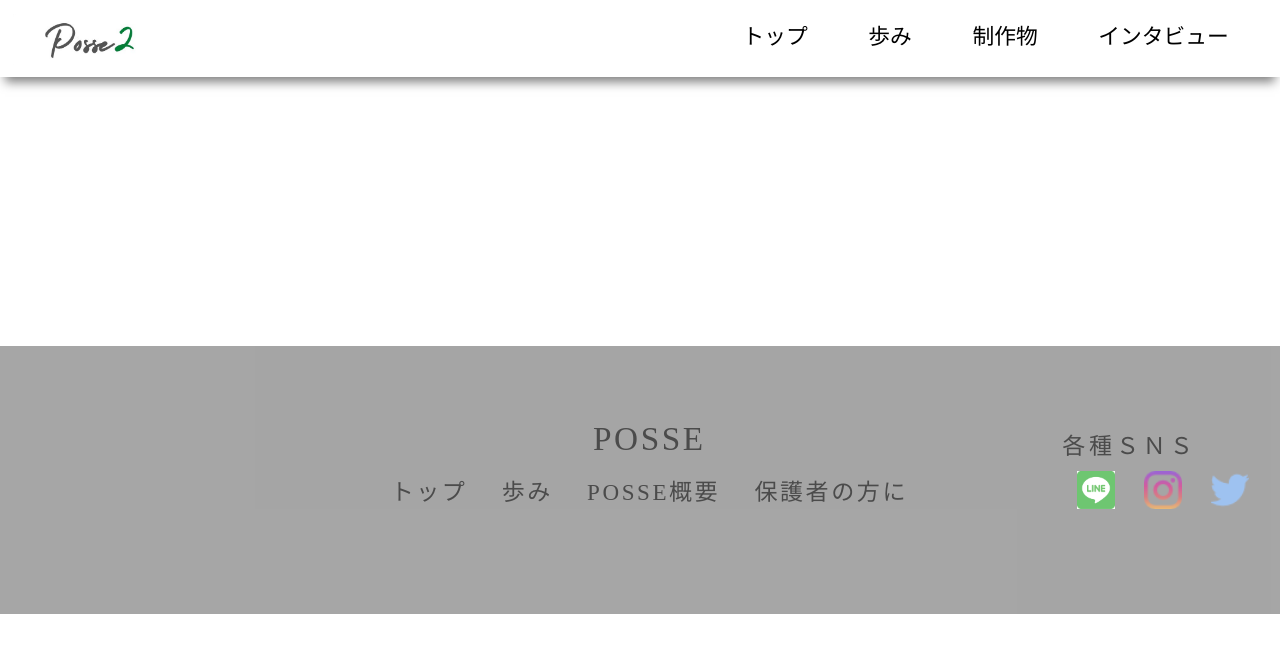
Repository: posse-ap/posse2-hackathon-202202-team2A
Page: topPage/index.html
These files come from the project's save history. The page is drawn as it stood at one moment and after the next save; the edit follows.
The browser window is 1280 px wide. The pictures show the whole page.

Above is the page before, as saved 2022-02-15 02:42:10.

### topPage/index.html
<!DOCTYPE html>
<html lang="en">

<head>
    <meta charset="UTF-8" />
    <meta http-equiv="X-UA-Compatible" content="IE=edge" />
    <meta name="viewport" content="width=device-width, initial-scale=1.0" />
    <title>Document</title>
    <link rel="stylesheet" href="/reset.css" />
    <link rel="stylesheet" href="/topPage/style.css" />
</head>

<body>
    <!-- <header id="header" class="header">
        <div class="header_content">
            <div class="header_title">
                <img src="/topPage images/S__31211608.jpg" alt="" class="header_title_img">
            </div>
            <div class="header_links">
                <ul>
                    <li><a href="">トップページ</a></li>
                    <li><a href="">活動記録</a></li>
                    <li><a href="">日常の記録</a></li>
                    <li><a href="">保護者の方へ</a></li>
                </ul>
            </div>
        </div>
    </header> -->

    <header id="header" class="header">
        <div class="header_content">
            <div class="header_title">
                <img src="/topPage images/S__31211608.jpg" alt="" class="header_title_img">
            </div>
            <!-- ①サイトタイトル -->
            <div class="nav-wrapper header_links">
                <!-- ②ナビゲーションメニュー -->
                <nav class="header-nav">
                    <ul class="nav-list">
                        <li class="nav-item">
                            <a href="">トップ</a>
                        </li>
                        <li class="nav-item">
                            <a href="">歩み</a>
                        </li>
                        <li class="nav-item">
                            <a href="">制作物</a>
                        </li>
                        <li class="nav-item">
                            <a href="">インタビュー</a>
                        </li>
                    </ul>
                </nav>
            </div>
            <button class="burger-btn">
                <!-- ③ハンバーガーボタン -->
                <span class="bar bar_top"></span>
                <span class="bar bar_mid"></span>
                <span class="bar bar_bottom"></span>
            </button>
        </div>
    </header>



    <footer class="footer">
        <div class='footer_box'>
            <div class="footer_box1">
                <div class='footer_official_box'>
                    <label for="logo"><p>POSSE</p></label>
                    <!-- <a id='logo'  href="https://posse.anti-pattern.co.jp/"><img class='posse_logo_footer' src="img\posseLogo.png" alt="ポッセロゴ"></a> -->
                </div>
                <div class='footer_other_box'>
                    <div class='footer_page_in_site'>
                        <a href="">トップ</a>
                        <a href="">歩み</a>
                        <a href="">POSSE概要</a>
                        <a href="">保護者の方に</a>
                    </div>
                </div>
            </div>
            <div class='SNS'>
                <p>各種ＳＮＳ</p>
                <div class='SNS_box'>
                    <a href=""><img src="/topPage images/LINE.png" alt=""></a>
                    <a href="https://instagram.com/posse_programming?utm_medium=copy_link"><img src="/topPage images/instagram2.png" alt="instagram"></a>
                    <a href="https://twitter.com/posse_program?s=20"><img src="/topPage images/twitter2.png" alt="twitter"></a>
                </div>
            </div>
        </div>
    </footer>

    <script src="https://ajax.googleapis.com/ajax/libs/jquery/3.6.0/jquery.min.js"></script>
    <script src="/topPage/script.js"></script>
</body>

</html>

### topPage/style.css
html {
    font-size: 1vw;
}

body {
    text-align: center;
    margin: 0 auto;
    font-family: "ヒラギノ丸ゴ Pro W4", "ヒラギノ丸ゴ Pro", "Hiragino Maru Gothic Pro", "ヒラギノ角ゴ Pro W3", "Hiragino Kaku Gothic Pro", "HG丸ｺﾞｼｯｸM-PRO", "HGMaruGothicMPRO";
}

.header_content {
    width: 95%;
    height: 90%;
    display: flex;
    justify-content: space-between;
    opacity: 1;
    margin: 0 6rem 0.3rem 1rem;
}

.header_title {
    display: flex;
}

.header_title_img {
    display: block;
    width: 12rem;
    height: 4rem;
    opacity: 1;
}



.header_links {
    width: 40%;
    padding: 1rem 0 0 0;
}

.header_links ul {
    display: flex;
    justify-content: space-between;
}

.header_links li a {
    display: block;
    color: black;
    text-decoration: none;
    font-size: 1.7rem;
}

.header_links li a:hover {
    opacity: 0.4;
    transform: translate(0, -5px);
}


.header {
    width: 100%;
    height: 6rem;
    background: white;
    position: fixed;
    top: 0;
    left: 0;
    padding-top: 1.1rem;
    box-sizing: border-box;
    z-index: 5;
    box-shadow: 0px 10px 10px -5px rgba(0, 0, 0, 0.5);
}

.SNS_box{
    width: 150%;
}


/* -------------------- */
/* header
  /* -------------------- */
/* .header {
    align-items: center;
    background-color: #1b1310;
    border-bottom: 1px solid #fff;
    color: #fff;
    display: flex;
    height: 74px;
    justify-content: space-between;
    padding: 0 120px;
} */

/* .nav-list {

    display: flex;
} */

/* .nav-item {

    margin-right: 55px;
} */

.burger-btn {
    display: none;
}

/* ------------------ */
/* fv
  /* ------------------ */
.fv {
    align-items: center;
    background-color: #141414;
    background-image: url(../img/fv-bgi@2x.jpg);
    background-position: center;
    background-size: cover;
    display: flex;
    flex-direction: column;
    height: 90vh;
    justify-content: center;
}

/* .main-copy {
    border: 2px solid #fff;
    color: #fff;
    font-size: 50px;
    font-weight: bold;
    padding: 34px 42px;
} */

/* ------------------ */
/* about
  /* ------------------ */
.section-title {
    font-size: 36px;
    font-weight: bold;
    letter-spacing: .05em;
    margin-bottom: 70px;
    text-align: center;
}

h3 {
    font-size: 2.4rem;
    font-weight: bold;
    letter-spacing: .1em;
    line-height: 2;
    margin-bottom: 40px;
}

.section-wrapper {
    padding: 100px 10% 50px;
}

@media screen and (min-width:541px) and (max-width:1024px) {
    .header{
        height: 10rem;
    }

    .header_content{
        padding-top: 2rem;
    }

    .header_title_img{
        width: 100%;
        height: 70%;
    }

    .header_links li a{
        font-size: 2.7rem;
        margin-top: 0;
    }

    .header_links{
        width: 50%;
    }
}

@media screen and (max-width:540px) {

    /* ----------------------- */
    /* base_sp
    /* ----------------------- */
    /* デフォルトのbuttonスタイルをリセット */
    button {
        -webkit-appearance: none;
        -moz-appearance: none;
        appearance: none;
        background: transparent;
        border: 0;
        border-radius: 0;
        color: inherit;
        cursor: pointer;
        font: inherit;
        margin: 0;
        outline: none;
        padding: 0;
        vertical-align: middle;
    }

    /* ------------------ */
    /* humberger-menu */
    /* ------------------ */
    .header {
        padding: 0;
        height: 15rem;
    }

    .header_title_img{
        margin-top: 2rem;
        width: 30rem;
        height: 10rem;
    }

    /* 以下、ハンバーガーボタン */
    .burger-btn {
        display: block;
        height: 22%;
        position: relative;
        width: 20%;
        z-index: 3;
        /* codepenの挙動のため */
        background-color: transparent;
        border: none;
        margin-top: 6rem;
    }



    .bar {
        background-color: black;
        display: block;
        height: 0.1rem;
        left: 50%;
        position: absolute;
        transform: translateX(-50%);
        width: 7rem;
    }

    .bar_top {
        top: 3rem;
    }

    .bar_mid {
        top: 50%;
        transform: translate(-50%, -50%);
    }

    .bar_bottom {
        bottom: 3rem;
    }

    .burger-btn.close{
        margin-top: 8.4rem;
    }

    .burger-btn.close .bar_top {
        transform: translate(-50%,-4.3rem) rotate(45deg);
        transition: transform .3s;
    }

    .burger-btn.close .bar_mid {
        opacity: 0;
        transition: opacity .3s;
    }

    .burger-btn.close .bar_bottom {
        transform: translate(-50%, -1rem) rotate(-45deg);
        transition: transform .3s;
    }

    /* スクロール制御 */
    .noscroll {
        overflow: hidden;
    }

    /* 以下、ハンバーガーメニュー */
    .nav-wrapper {
        visibility: hidden;
        height: 100vh;
        left: 0;
        position: fixed;
        top: 0;
        width: 100vw;
        opacity: 0;
        transition: opacity .5s;
        z-index: 2;
        /*キービジュアルと.btn_triggerとの重なりの前後関係を調整*/
    }

    .header-nav {
        background-color: white;
        height: 100%;
        width: 100%;
        z-index: 2;
    }

    .header_links ul{
        display: block;
    }

    .nav-list {
        display: block;
        left: 50%;
        position: absolute;
        text-align: center;
        top: 50%;
        transform: translate(-50%, -50%);
    }

    .nav-item {
        margin-bottom: 40px;
        margin-right: 0;
    }

    .header_links li a{
        font-size: 5rem;
    }

    /* メニューオープン時 */
    .nav-wrapper.fade {
        opacity: 1;
        visibility: visible;
    }

    /* ------------------ */
    /* fv */
    /* ------------------ */
    .main-copy {
        font-size: 30px;
    }

    /* ------------------ */
    /* about */
    /* ------------------ */
    h3 {
        font-size: 20px;
        margin-bottom: 30px;
    }

    .section-wrapper {
        padding: 100px 5% 50px;
    }
}

/* ふったー */
.footer {
    background-color: grey;
    opacity: 0.7;
}

.footer_box {
    width: 75%;
    height: 15rem;
    display: flex;
    justify-content: space-around;
    padding: 6rem 0 0 0;
    position: relative;
    right: -23%;
    margin-top: 27rem;
}

.footer_official_box label p {
    color: black;
    font-size: 2.6rem;
    letter-spacing: 0.2rem;
}

.footer_official_box label p:hover {
    opacity: 0.4;
    transform: translate(0, -5px);
}

.footer_page_in_site a {
    color: black;
    text-decoration: none;
    font-size: 1.8rem;
    letter-spacing: 0.2rem;
}

.footer_page_in_site a:hover {
    opacity: 0.4;
    transform: translate(0, -5px);
}

.SNS {
    width: 14%;
}

.SNS_box a {
    margin: 1rem;
}

.SNS_box a img {
    width: 3rem;
    height: 3rem;
}

.SNS_box a :hover {
    opacity: 0.4;
    transform: translate(0, -5px);
}

.SNS p {
    color: black;
    font-size: 1.8rem;
    margin: 1rem 0;
    letter-spacing: 0.3rem;
}

/* .SNS p:hover {
    opacity: 0.4;
    transform: translate(0, -5px);
} */

.posse_logo_footer {
    width: 80%;
    height: 40%;
}

.footer_other_box {
    font-size: 1.5rem;
    letter-spacing: 0.3rem;
    margin: 2rem;
}

.footer_page_in_site a {
    margin: 0 1rem;
}

@media screen and (min-width:541px) and (max-width:1024px) {
    .footer{
        height: 30rem;
    }

    .footer_official_box label p{
        font-size: 7rem;
    }

    .SNS p{
        display: block;
        margin: 3rem auto;
        font-size: 3rem;
        white-space: nowrap
    }

    .footer_page_in_site a{
        font-size: 3rem;
    }

    .footer_box{
        display: block;
        right: -13%;
    }

    .SNS{
        margin: 0 auto;
        width: 100%;
    }


    .footer_official_box label p{
        font-size: 4rem;
    }

    .SNS_box a img {
        width: 5rem;
        height: 5rem;
    }
}


@media screen and (max-width:540px) {
    .footer_box {
        display: block;
        height: 20rem;
        margin:  20rem 0;
        right: -5%;
        width: 90%;
    }

    .footer_official_box label p{
        font-size: 10rem;
    }

    .footer_page_in_site a{
        font-size: 5rem;
        display: block;
    }

    .footer_page_in_site{
        display: block;
        line-height: 7rem;
    }

    .footer{
        height: 70rem;
    }

    .SNS{
        margin: 0 auto;
        width: 100%;
    }

    .SNS p{
        display: block;
        width: 50rem;
        margin: 3rem auto;
        font-size: 7rem;
        white-space: nowrap
    }

    .SNS_box a img {
        width: 7rem;
        height: 7rem;
    }
}

### topPage/script.js
$('.burger-btn').on('click', function () {//.btn_triggerをクリックすると
    $('.burger-btn').toggleClass('close');//.btn_triggerにcloseクラスを付与(ボタンのアニメーション)
    $('.nav-wrapper').toggleClass('fade');//.nav-wrapperに
    $('body').toggleClass('noscroll');//bodyにnoscrollクラスを付与(スクロールを固定)
});

Loaded but not shown: reset.css (common file)

After the next save:
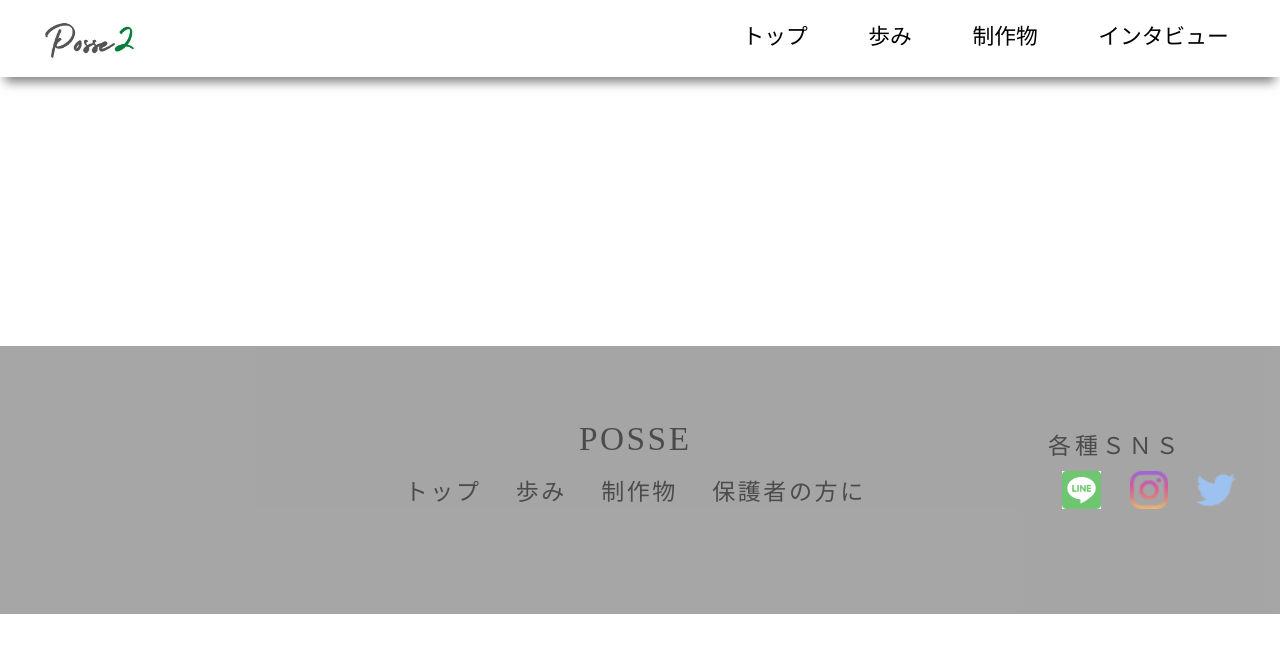
Saved 6 s later.
--- a/topPage/index.html
+++ b/topPage/index.html
@@ -74,7 +74,7 @@
                     <div class='footer_page_in_site'>
                         <a href="">トップ</a>
                         <a href="">歩み</a>
-                        <a href="">POSSE概要</a>
+                        <a href="">制作物</a>
                         <a href="">保護者の方に</a>
                     </div>
                 </div>
